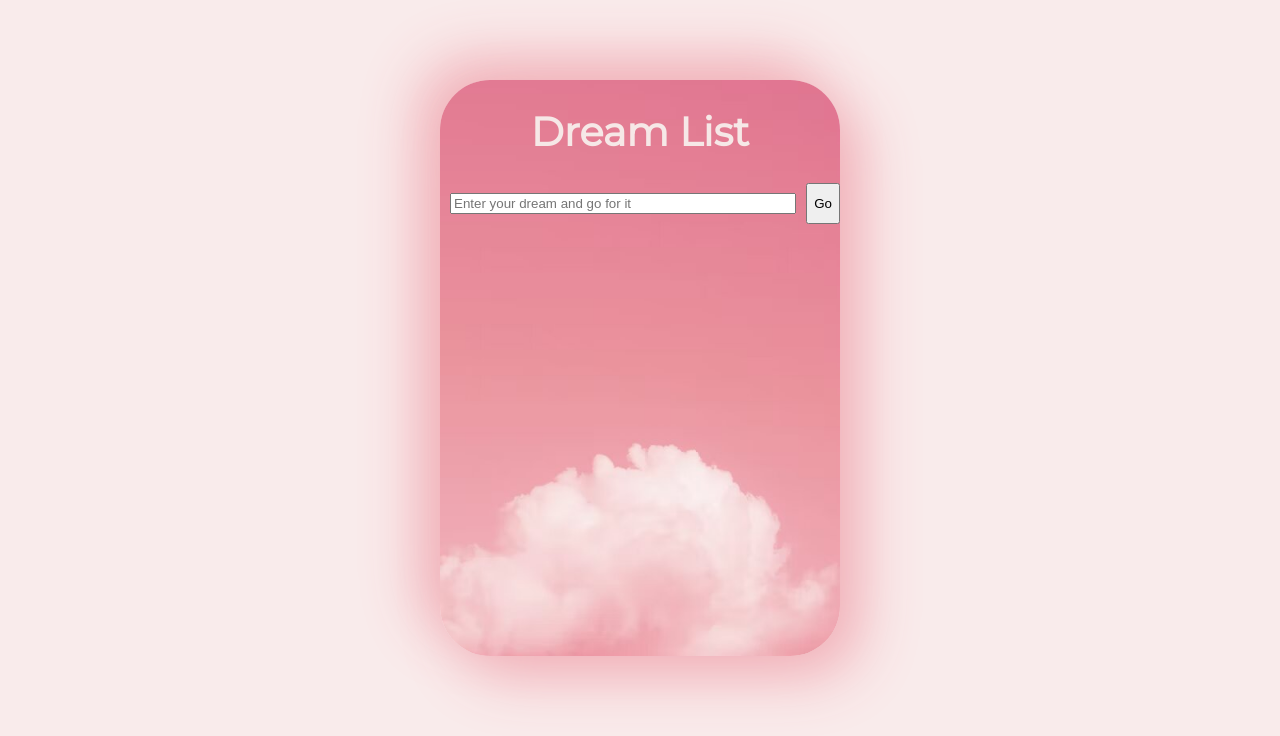
Repository: asya-aisa/grocery-list
Page: /
The author's editor kept a copy of each file at every save. The page is drawn from the files as they stood at one save, then again after a run of saves.
The browser window is 1280 px wide. The pictures show the whole page.
The project was rebuilt for these pictures with package versions that can differ from the ones it lists, and the page was loaded fresh each time.

Above is the page before, as saved 2023-07-14 16:14:03.

### public/index.html
<!DOCTYPE html>
<html lang="en">
  <head>
    <meta charset="utf-8" />
    <link rel="icon" href="%PUBLIC_URL%/favicon.ico" />
    <meta name="viewport" content="width=device-width, initial-scale=1" />
    <meta name="theme-color" content="#000000" />
    <meta
      name="description"
      content="Web site created using create-react-app"
    />
    <link rel="apple-touch-icon" href="%PUBLIC_URL%/logo192.png" />
    <!--
      manifest.json provides metadata used when your web app is installed on a
      user's mobile device or desktop. See https://developers.google.com/web/fundamentals/web-app-manifest/
    -->
    <link rel="manifest" href="%PUBLIC_URL%/manifest.json" />
    <link rel="preconnect" href="https://fonts.googleapis.com">
    <link rel="preconnect" href="https://fonts.gstatic.com" crossorigin>
    <link href="https://fonts.googleapis.com/css2?family=Montserrat:ital@0;1&display=swap" rel="stylesheet">
    <!--
      Notice the use of %PUBLIC_URL% in the tags above.
      It will be replaced with the URL of the `public` folder during the build.
      Only files inside the `public` folder can be referenced from the HTML.

      Unlike "/favicon.ico" or "favicon.ico", "%PUBLIC_URL%/favicon.ico" will
      work correctly both with client-side routing and a non-root public URL.
      Learn how to configure a non-root public URL by running `npm run build`.
    -->
    <title>React App</title>
  </head>
  <body>
    <noscript>You need to enable JavaScript to run this app.</noscript>
    <div id="root"></div>
    <!--
      This HTML file is a template.
      If you open it directly in the browser, you will see an empty page.

      You can add webfonts, meta tags, or analytics to this file.
      The build step will place the bundled scripts into the <body> tag.

      To begin the development, run `npm start` or `yarn start`.
      To create a production bundle, use `npm run build` or `yarn build`.
    -->
  </body>
</html>

### src/App.js

import './App.css';
import { DreamList } from './DreamList';

function App() {
  return (
    <div className="App">
      <div className='container'>
        <h1>Dream List</h1>
      </div>
      <DreamList />
    </div>
  );
}

export default App;

### src/App.css
.App {
  background-image: url(fon-img.jpg);
  background-position: center;
  background-size: cover;
  background-repeat: no-repeat;
  width: 400px;
  min-height: 80vh;
  margin: 80px auto;
  border-radius: 50px;
  box-shadow:  20px 20px 60px #f1b0b8,
             -20px -20px 60px #f1b0b8;
}
body {
  background-color: #f9ebeb;
}
.container {
  display: flex;
  justify-content: center;
}
h1 {
  color:#f6e8e7;
  font-size: 40px;
  font-family: 'Montserrat', sans-serif;
}

input {
  flex: 1;
  margin: 10px;
}

### src/DreamList.js
import { Component } from "react";

export class DreamList extends Component {

    state = {
        inputDream: '',
        dreamList: []
    }

    upDateInput(e) {
        this.setState({
            inputDream: e
        })
    }
    AddDream(input) {
        let dreamArray = this.state.dreamList;
        dreamArray.push(input);
        this.setState({dreamList: dreamArray, inputDream: ''})
    }

    DeleteItem(number) {
        let dreamArray = this.state.dreamList;
        dreamArray.splice(number,1);
        this.setState({dreamList: dreamArray})
    }





    render() {
        return <div>
            <div className="container">
              <input type="text" placeholder="Enter your dream and go for it"
              onChange={(e) => {this.upDateInput(e.target.value)}}
              value={this.state.inputDream}/>

              <button onClick={() => this.AddDream(this.state.inputDream)}>Go</button>
            </div>


            <ul>
                {this.state.dreamList.map((item, index) => (
                    <li key={index}>
                        {item}
                        <button>Done</button>
                        <button onClick={() => this.DeleteItem(index)}>Delete</button>
                    </li>
                ))}
            </ul>
        </div>
    }
}

Loaded but not shown: src/index.js (common file); src/reportWebVitals.js (common file)

After the next 3 saves:
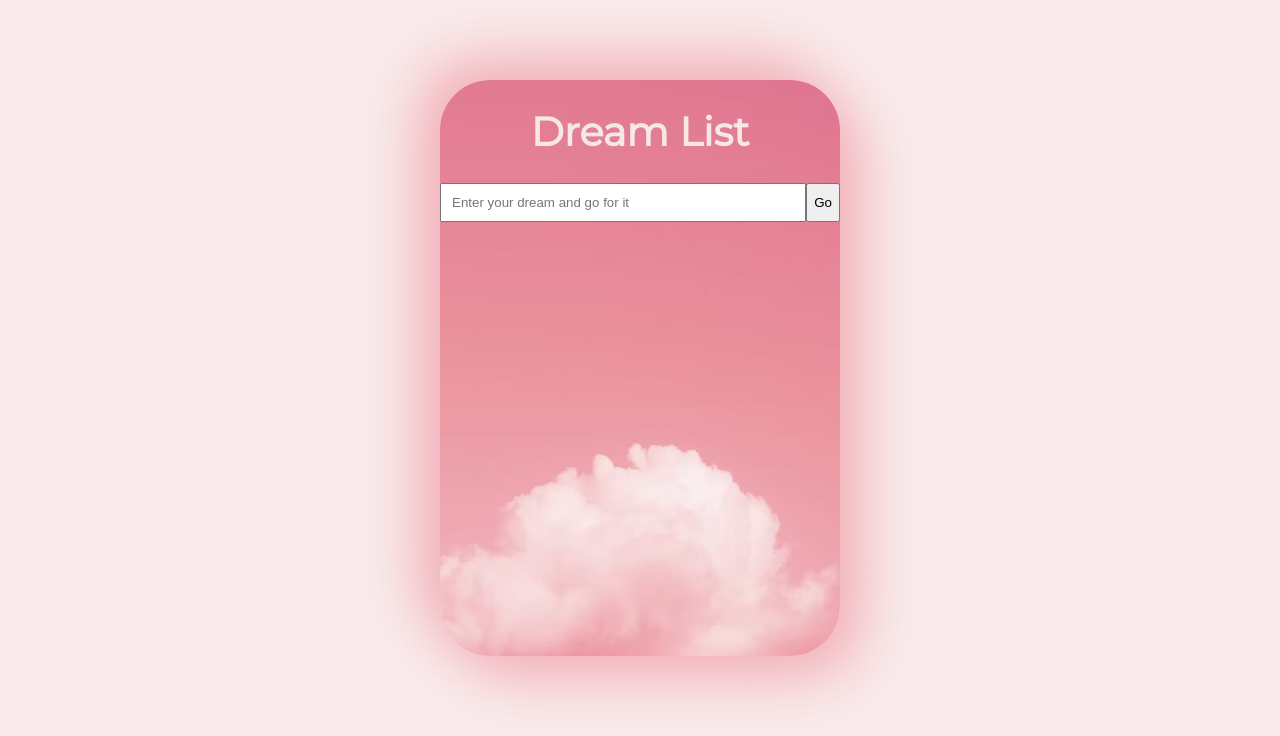
The 3 saves are shown as one change because they came seconds apart.
The last was saved 21 s later.
--- a/src/App.css
+++ b/src/App.css
@@ -25,5 +25,5 @@ h1 {
 
 input {
   flex: 1;
-  margin: 10px;
+  padding: 10px;
 }
